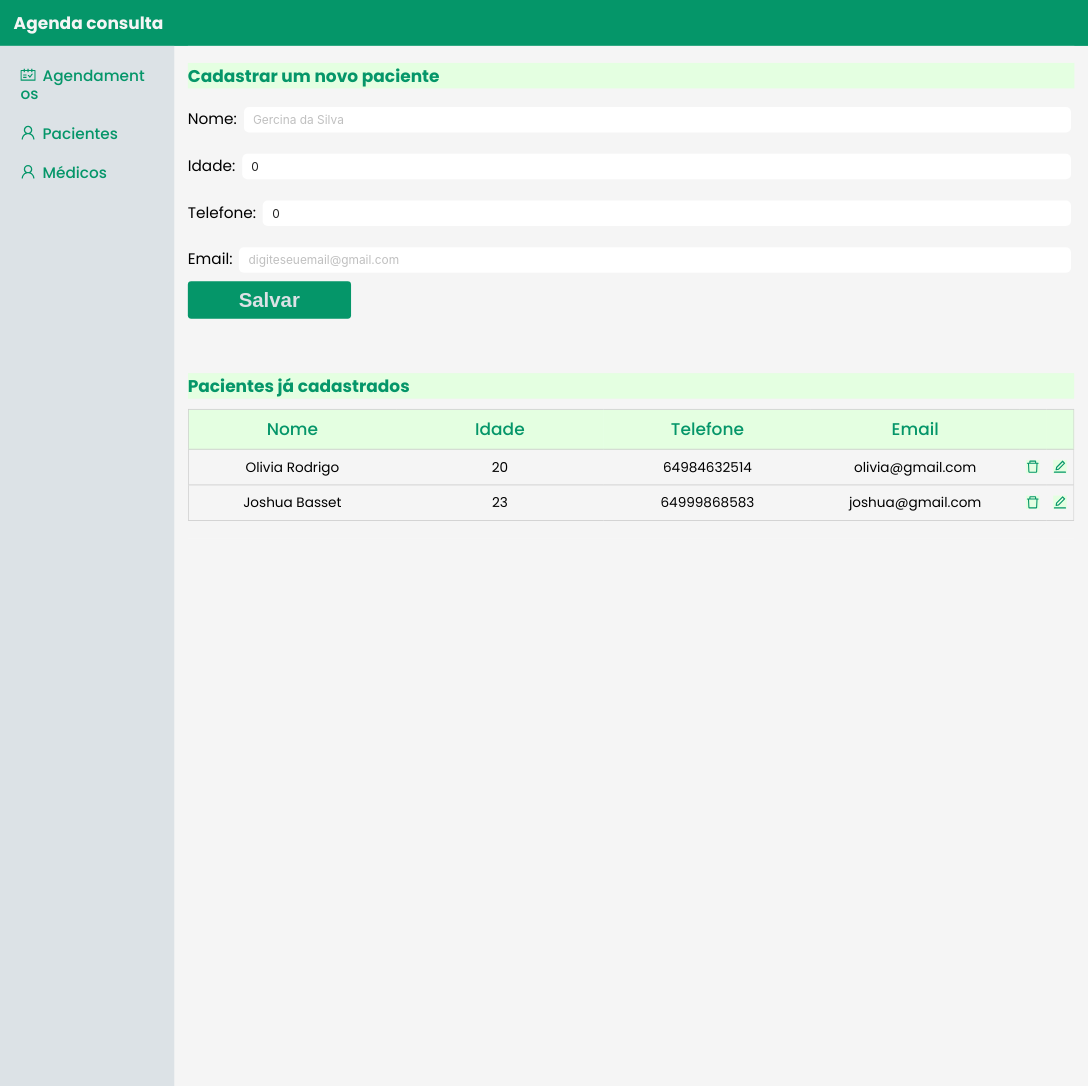
Repository: BarbaraCD/agendaconsulta
Page: /patients
An editor plug-in stored every save of this project. The page is shown before and after the next save, followed by the edit.
The browser window is 1280 px wide. The pictures show the whole page, at 85% of full size.
The project was rebuilt for these pictures with package versions that can differ from the ones it lists, and the page was loaded fresh each time. Requests to the local data server were answered from the project's data file. Also part of the build but not shown: vite.config.ts, src/components/Doctors.tsx, src/services/doctor.services.ts, src/components/InputDoctors.tsx, src/components/CreateDoctor.tsx, src/services/appointment.services.ts, src/styles/Appointments.ts, src/components/Calendar.tsx and 1 more.

Above is the page before, as saved 2023-08-11 17:00:27.

### index.html
<!DOCTYPE html>
<html lang="en">
  <head>
    <meta charset="UTF-8" />
    <link rel="icon" type="image/svg+xml" href="/vite.svg" />
    <meta name="viewport" content="width=device-width, initial-scale=1.0" />

    <link rel="preconnect" href="https://fonts.googleapis.com">
    <link rel="preconnect" href="https://fonts.gstatic.com" crossorigin>
    <link href="https://fonts.googleapis.com/css2?family=Poppins:wght@400;500;700&display=swap" rel="stylesheet">

    <title>Agendamento de Consulta</title>
  </head>
  <body>
    <div id="root"></div>
    <script type="module" src="/src/main.tsx"></script>
  </body>
</html>

### src/main.tsx
/* eslint-disable @typescript-eslint/no-non-null-assertion */
import React from 'react'
import ReactDOM from 'react-dom/client'
import { ThemeProvider } from 'styled-components'
import GlobalStyle, { Container, Content } from './styles/global'
import { theme } from './styles/Theme.ts'
import App from './App.tsx'
import { Routes } from './routes/index.tsx'
import { Header } from './components/Header.tsx'
import { Provider } from 'react-redux'
import store from './store/index.ts'
import { BrowserRouter } from 'react-router-dom'

ReactDOM.createRoot(document.getElementById('root')!).render(
  <React.StrictMode>
    <Provider store={store}>
      <ThemeProvider theme={theme}>
        <GlobalStyle />
        <BrowserRouter>
          <Header />
          <Container>
            <App />
            <Content>
              <Routes />
            </Content>
          </Container>
        </BrowserRouter>
      </ThemeProvider>
    </Provider>
  </React.StrictMode>,
)

### src/styles/global.ts
import styled, { createGlobalStyle } from 'styled-components'

export default createGlobalStyle`
  *{
    margin: 0;
    padding: 0;
    box-sizing: border-box;

  }
  body{
    height: 100%;
    font-family: 'Poppins', sans-serif;
    background: ${(props) => props.theme.colors.white};
    font-size: ${(props) => props.theme.size.xl};
  }
`

export const Container = styled.div`
  display: flex;
`

export const SidebarGlobal = styled.div`
  width: 16%;
`

export const Content = styled.div`
  flex: 1;
  margin: 0 16px;
`

### src/styles/Theme.ts
export const theme = {
  colors: {
    primary: '#059669',
    head: '#059669B3',
    100: '#E4FFE1',

    sbcolor: '#DCE2E6',
    gray: '#41414D',
    black: '#000',
    white: '#f5f5f5',
  },
  size: {
    sm: '14px',
    md: '16px',
    lg: '18px',
    xl: '20px',
    xxl: '24px',
  },
}

### src/App.tsx
import { SidebarGlobal } from './styles/global'
import { Sidebar } from './components/Sidebar'

export default function App() {
  return (
    <SidebarGlobal>
      <Sidebar />
    </SidebarGlobal>
  )
}

### src/routes/index.tsx
import { AppRoutes } from './app.routes'

export function Routes() {
  return (
    <>
      <AppRoutes />
    </>
  )
}

### src/components/Header.tsx
import { Link } from 'react-router-dom'
import { styled } from 'styled-components'

const Container = styled.div`
  background-color: ${(props) => props.theme.colors.primary};
  padding: 12px 16px;
  flex: 1;
  min-width: 80px;
  color: ${(props) => props.theme.colors.white};
  font-weight: 700;
`

const StyleLink = styled(Link)`
  text-decoration: none;
  color: ${(props) => props.theme.colors.white};
  word-break: normal;
`

export function Header() {
  return (
    <Container>
      <StyleLink to="/">Agenda consulta</StyleLink>
    </Container>
  )
}

### src/store/index.ts
import { configureStore, ThunkAction, Action } from '@reduxjs/toolkit'
import appointmentReducer from '../features/appointments/appointmentsSlice'

const store = configureStore({
  reducer: {
    appointment: appointmentReducer,
  },
})

export type RootState = ReturnType<typeof store.getState>
export type AppThunk<ReturnType = void> = ThunkAction<
  ReturnType,
  RootState,
  unknown,
  Action<string>
>

export default store

### src/components/Sidebar.tsx
import { ScheduleOutlined, UserOutlined } from '@ant-design/icons'
import { StyledSidebar, StyledList } from '../styles/SidebarStyled'
import { Link } from 'react-router-dom'

export function Sidebar() {
  return (
    <StyledSidebar>
      <StyledList>
        <li>
          <ScheduleOutlined style={{ color: '#059669' }} />
          <Link to="/appointments/new">Agendamentos</Link>
        </li>
        <li>
          <UserOutlined style={{ color: '#059669' }} />
          <Link to="/patients">Pacientes</Link>
        </li>
        <li>
          <UserOutlined style={{ color: '#059669' }} />
          <Link to="/doctors">Médicos</Link>
        </li>
      </StyledList>
    </StyledSidebar>
  )
}

### src/routes/app.routes.tsx
import { Routes, Route } from 'react-router-dom'

import { CreateDoctor } from '../components/CreateDoctor'
import { CreatePatient } from '../components/CreatePatient'
import { App } from 'antd'
import { AppointmentsCalendar } from '../components/Calendar'
import { CreateAppointments } from '../components/Appointments'

export function AppRoutes() {
  return (
    <Routes>
      <Route path="/" element={<App />} />
      <Route path="/patients" element={<CreatePatient />} />
      <Route path="/doctors" element={<CreateDoctor />} />
      <Route path="/appointments/new" element={<CreateAppointments />} />
      <Route path="/appointments/:id/edit" element={<CreateAppointments />} />
      <Route path="/appointments/calendar" element={<AppointmentsCalendar />} />
    </Routes>
  )
}

### src/features/appointments/appointmentsSlice.ts
import { createSlice, PayloadAction, CaseReducer } from '@reduxjs/toolkit'
import { AppointmentsProps } from '../../components/Appointments'

interface AppointmentState {
  appointments: AppointmentsProps[]
}

const initialState: AppointmentState = {
  appointments: [],
}

const appointmentSlice = createSlice({
  name: 'appointment',
  initialState,
  reducers: {
    addAppointment: (state, action: PayloadAction<AppointmentsProps>) => {
      state.appointments.push(action.payload)
    },
  },
})

export const { addAppointment } = appointmentSlice.actions

export type AppointmentAction = ReturnType<
  CaseReducer<typeof appointmentSlice.reducer>
>

export default appointmentSlice.reducer

### src/styles/SidebarStyled.ts
import styled from 'styled-components'

export const StyledSidebar = styled.div`
  display: flex;
  flex-direction: column;
  background-color: ${(props) => props.theme.colors.sbcolor};
  color: ${(props) => props.theme.colors.black};
  font-size: ${(props) => props.theme.size.lg};
  font-weight: 500;
  justify-content: flex-start;
  align-items: flex-start;
  overflow: auto;
  height: 170vh;

  @media (max-width: 768px) {
    width: 100%;
    height: 650vh;
  }
`

export const StyledList = styled.ul`
  list-style: none;
  padding: 12px;

  li {
    cursor: pointer;
    padding: 12px;
    line-height: 22px;
  }

  a {
    text-decoration: none;
    color: ${(props) => props.theme.colors.primary};
    margin: 8px;
    word-break: break-all;
  }
`

### src/components/CreatePatient.tsx
import { useEffect, useState } from 'react'
import { Patients, PatientsProps } from './Patients'
import {
  createPatient,
  deletePatient,
  getPatient,
  updatePatient,
} from '../services/patient.services'
import { InputPatients } from './InputPatient'
import { SubmitButton } from './SubmitButton'
import { Container, Container2, Container3 } from '../styles/CreateContainer'
import { PatientsTypes } from '../model/patients'

export function CreatePatient() {
  const [patients, setPatients] = useState<PatientsProps[]>([])
  const [newPatient, setNewPatient] = useState<PatientsProps>({
    id: 0,
    name: '',
    age: 0,
    telephone: 0,
    email: '',
  })

  useEffect(() => {
    fetchPatient().catch((error) => {
      console.error('Error fetching Patients:', error)
    })
  }, [])

  async function fetchPatient() {
    try {
      const response: PatientsProps[] = await getPatient()
      setPatients(response)
    } catch (error) {
      console.error('Error fetching Patients:', error)
    }
  }

  async function createNewPatient() {
    if (
      newPatient?.name.trim() !== '' &&
      typeof newPatient?.age === 'number' &&
      newPatient?.age > 0 &&
      typeof newPatient?.telephone === 'number' &&
      newPatient?.telephone > 0 &&
      newPatient?.email.trim() !== ''
    ) {
      try {
        if (newPatient.id === 0) {
          await createPatient(
            newPatient.name,
            newPatient.age,
            newPatient.telephone,
            newPatient.email,
          )
        } else {
          await updatePatient(newPatient.id, {
            name: newPatient.name,
            age: newPatient.age,
            telephone: newPatient.telephone,
            email: newPatient.email,
            id: 0,
          })
        }
        await fetchPatient()
        setNewPatient({
          id: 0,
          name: '',
          age: 0,
          telephone: 0,
          email: '',
        })
        console.log('Paciente cadastrado/atualizado com sucesso!')
      } catch (error) {
        console.log('Erro ao cadastrar/atualizar paciente:', error)
      }
    } else {
      console.error('Por favor, preencha todos os campos corretamente.')
    }
  }

  const removePatient = async (id: number) => {
    await deletePatient(id)
    await fetchPatient()
  }

  const onClickEdit = (patients: PatientsTypes) => {
    setNewPatient(patients)
  }

  return (
    <Container>
      <Container2>
        <h3>Cadastrar um novo paciente</h3>
        <InputPatients
          name={newPatient.name}
          age={newPatient.age}
          telephone={newPatient.telephone}
          email={newPatient.email}
          id={newPatient.id}
          onNameChange={(value) =>
            setNewPatient({ ...newPatient, name: value })
          }
          onAgeChange={(value) => setNewPatient({ ...newPatient, age: value })}
          onTelephoneChange={(value) =>
            setNewPatient({ ...newPatient, telephone: value })
          }
          onEmailChange={(value) =>
            setNewPatient({ ...newPatient, email: value })
          }
        />

        <SubmitButton onClick={createNewPatient} />
      </Container2>

      <Container3>
        <h3>Pacientes já cadastrados</h3>
        <table>
          <thead>
            <tr>
              <th>Nome</th>
              <th>Idade</th>
              <th>Telefone</th>
              <th>Email</th>
              <th> </th>
              <th> </th>
            </tr>
          </thead>
          <tbody>
            {patients.length > 0 &&
              patients.map((patients, index) => (
                <Patients
                  id={patients.id}
                  key={index + 1}
                  name={patients.name}
                  age={patients.age}
                  telephone={patients.telephone}
                  email={patients.email}
                  handleDelete={() => removePatient(patients.id)}
                  handleEdit={() => onClickEdit(patients)}
                />
              ))}
          </tbody>
        </table>
      </Container3>
    </Container>
  )
}

### src/components/SubmitButton.tsx
import { styled } from 'styled-components'

interface SubmitButtonProps {
  onClick: () => void
}

const StyledButton = styled.button`
  padding: 8px;
  width: 15vw;
  /* margin-left: 964px; */
  border-radius: 4px;
  color: ${(props) => props.theme.colors.sbcolor};
  border: none;
  background-color: ${(props) => props.theme.colors.primary};
  cursor: pointer;
  overflow: hidden;

  &:hover {
    color: ${(props) => props.theme.colors[100]};
  }

  p {
    font-size: ${(props) => props.theme.size.xxl};
    font-weight: 700;
    overflow: hidden;
  }
`

export function SubmitButton({ onClick }: SubmitButtonProps) {
  return (
    <StyledButton onClick={onClick}>
      <p>Salvar</p>
    </StyledButton>
  )
}

### src/styles/CreateContainer.ts
import styled from 'styled-components'

export const Container = styled.div`
  background-color: ${(props) => props.theme.colors.white};
  justify-content: start;
  align-items: center;
`

export const Container2 = styled.div`
  padding: 20px 0;

  h3 {
    font-size: ${(props) => props.theme.size.xl};
    color: ${(props) => props.theme.colors.primary};
    background-color: ${(props) => props.theme.colors[100]};
    margin-bottom: 12px;
  }
`
export const Container3 = styled.div`
  margin-top: 24px;
  flex-direction: column;
  padding: 20px 0;
  overflow: scroll;

  h3 {
    font-size: ${(props) => props.theme.size.xl};
    color: ${(props) => props.theme.colors.primary};
    background-color: ${(props) => props.theme.colors[100]};
    margin-bottom: 12px;
    word-break: break-all;
  }

  table {
    width: 100%;
    height: 50%;
    border-collapse: collapse;
    border: 1px solid #ccc;
    word-break: break-all;
    overflow: hidden;

    th,
    thead {
      padding: 8px;
      border-bottom: 1px solid #ccc;
      text-align: center;
      width: 25%;
      color: ${(props) => props.theme.colors.primary};
      background-color: ${(props) => props.theme.colors[100]};
      font-weight: 500;
    }
  }
`

### src/components/Patients.tsx
import {
  StyleList,
  StyledDeleteIcon,
  StyledEditIcon,
} from '../styles/StyleList'

export type PatientsProps = {
  id: number
  name: string
  age: number
  telephone: number
  email: string
  handleDelete?: () => void
  handleEdit?: () => void
}

export function Patients(props: PatientsProps) {
  return (
    <StyleList>
      <td>
        <span>{props.name}</span>
      </td>
      <td>
        <span>{props.age}</span>
      </td>
      <td>
        <span>{props.telephone}</span>
      </td>
      <td>
        <span>{props.email}</span>
      </td>
      <td>
        <span>
          <StyledDeleteIcon onClick={props.handleDelete} />
        </span>
      </td>
      <td>
        <span>
          <StyledEditIcon onClick={props.handleEdit} />
        </span>
      </td>
    </StyleList>
  )
}

### src/services/patient.services.ts
import { PatientsProps } from '../components/Patients'
import { api } from './ApiConfig'

export async function getPatient(): Promise<PatientsProps[]> {
  try {
    const response = await api.get('/patient')
    // eslint-disable-next-line @typescript-eslint/no-unsafe-return
    return response.data
  } catch (error) {
    throw new Error('Erro ao obter dados dos pacientes:')
  }
}

export async function getPatientById(id: number): Promise<PatientsProps> {
  try {
    const response = await api.get(`/patient/${id}`)
    // eslint-disable-next-line @typescript-eslint/no-unsafe-return
    return response.data
  } catch (error) {
    throw new Error('Erro ao obter dados dos pacientes:')
  }
}

export async function createPatient(
  name: string,
  age: number,
  telephone: number,
  email: string,
) {
  return api.post('/patient', {
    name,
    age,
    telephone,
    email,
  })
}

export async function updatePatient(id: number, data: PatientsProps) {
  try {
    const response = await api.put(`/patient/${id}`, data)
    // eslint-disable-next-line @typescript-eslint/no-unsafe-return
    return response.data
  } catch (error) {
    throw new Error('Erro ao obter dados dos pacientes:')
  }
}

export async function deletePatient(id: number) {
  return await api.delete(`/patient/${id}`)
}

### src/components/InputPatient.tsx
import { InputContainer, StyledInput } from '../styles/InputContainer'

interface InputPatientsProps {
  name: string
  age: number
  telephone: number
  email: string
  id: number
  onNameChange: (value: string) => void
  onAgeChange: (value: number) => void
  onTelephoneChange: (value: number) => void
  onEmailChange: (value: string) => void
}

export function InputPatients(props: InputPatientsProps) {
  const handleTelephoneChange = (
    event: React.ChangeEvent<HTMLInputElement>,
  ) => {
    const value = event.target.value
    const numericValue = value.replace(/\D/g, '')
    const limitedValue = numericValue.slice(0, 11)
    props.onTelephoneChange(Number(limitedValue))
  }

  const handleAgeChange = (event: React.ChangeEvent<HTMLInputElement>) => {
    const value = event.target.value
    const numericValue = value.replace(/\D/g, '')
    const limitedValue = numericValue.slice(0, 2)
    props.onAgeChange(Number(limitedValue))
  }

  return (
    <InputContainer>
      <label>
        <p>Nome:</p>
        <StyledInput
          type="text"
          name="nome"
          value={props.name}
          onChange={(event) => props.onNameChange(event.target.value)}
          placeholder="Gercina da Silva"
        />
      </label>
      <br />
      <label>
        <p>Idade:</p>
        <StyledInput
          type="text"
          name="idade"
          value={props.age}
          onChange={handleAgeChange}
          placeholder="idade"
        />
      </label>
      <br />
      <label>
        <p>Telefone:</p>
        <StyledInput
          type="text"
          name="telefone"
          value={props.telephone}
          onChange={handleTelephoneChange}
        />
      </label>
      <br />
      <label>
        <p>Email:</p>
        <StyledInput
          type="text"
          name="email"
          value={props.email}
          onChange={(event) => props.onEmailChange(event.target.value)}
          placeholder="digiteseuemail@gmail.com"
        />
      </label>
    </InputContainer>
  )
}

### src/styles/StyleList.ts
import { DeleteOutlined, EditOutlined } from '@ant-design/icons'
import { styled } from 'styled-components'

export const StyleList = styled.tr`
  border: 1px solid #ccc;
  border-radius: 4px;
  font-size: ${(props) => props.theme.size.md};
  overflow: scroll;

  td {
    padding: 8px;
    border-bottom: 1px solid #ccc;
    text-align: center;
    width: 25%;

    span {
      font-size: ${(props) => props.theme.size.md};
      font-weight: 400;
    }
  }
`

export const StyledDeleteIcon = styled(DeleteOutlined)`
  color: ${(props) => props.theme.colors.primary};
  background-color: ${(props) => props.theme.colors[100]};
`

export const StyledEditIcon = styled(EditOutlined)`
  color: ${(props) => props.theme.colors.primary};
  background-color: ${(props) => props.theme.colors[100]};
`

### src/styles/InputContainer.ts
import { Input } from 'antd'
import styled from 'styled-components'

export const InputContainer = styled.div`
  color: ${(props) => props.theme.colors.black};
  font-size: ${(props) => props.theme.size.md};
  padding: 10px 0;
  flex: 1;

  h3 {
    background-color: ${(props) => props.theme.colors[100]};
    color: ${(props) => props.theme.colors.primary};
    margin-bottom: 10px;
  }

  label {
    display: flex;
    margin-right: 4px;
  }

  p {
    font-size: ${(props) => props.theme.size.lg};
    font-weight: 400;
  }
`

export const StyledInput = styled(Input)`
  margin-left: 8px;
  border: none;
  overflow: hidden;
`

### db/db.json
{
  "patient": [
    {
      "name": "Olivia Rodrigo",
      "age": 20,
      "telephone": 64984632514,
      "email": "olivia@gmail.com",
      "id": 6
    },
    {
      "name": "Joshua Basset",
      "age": 23,
      "telephone": 64999868583,
      "email": "joshua@gmail.com",
      "id": 7
    }
  ],
  "doctor": [
    {
      "name": "Doctor House",
      "crm": 57451,
      "specialization": "Infectologista",
      "id": 2
    }
  ],
  "appointment": []
}

Loaded but not shown: src/services/ApiConfig.ts (common file)

After the next save:
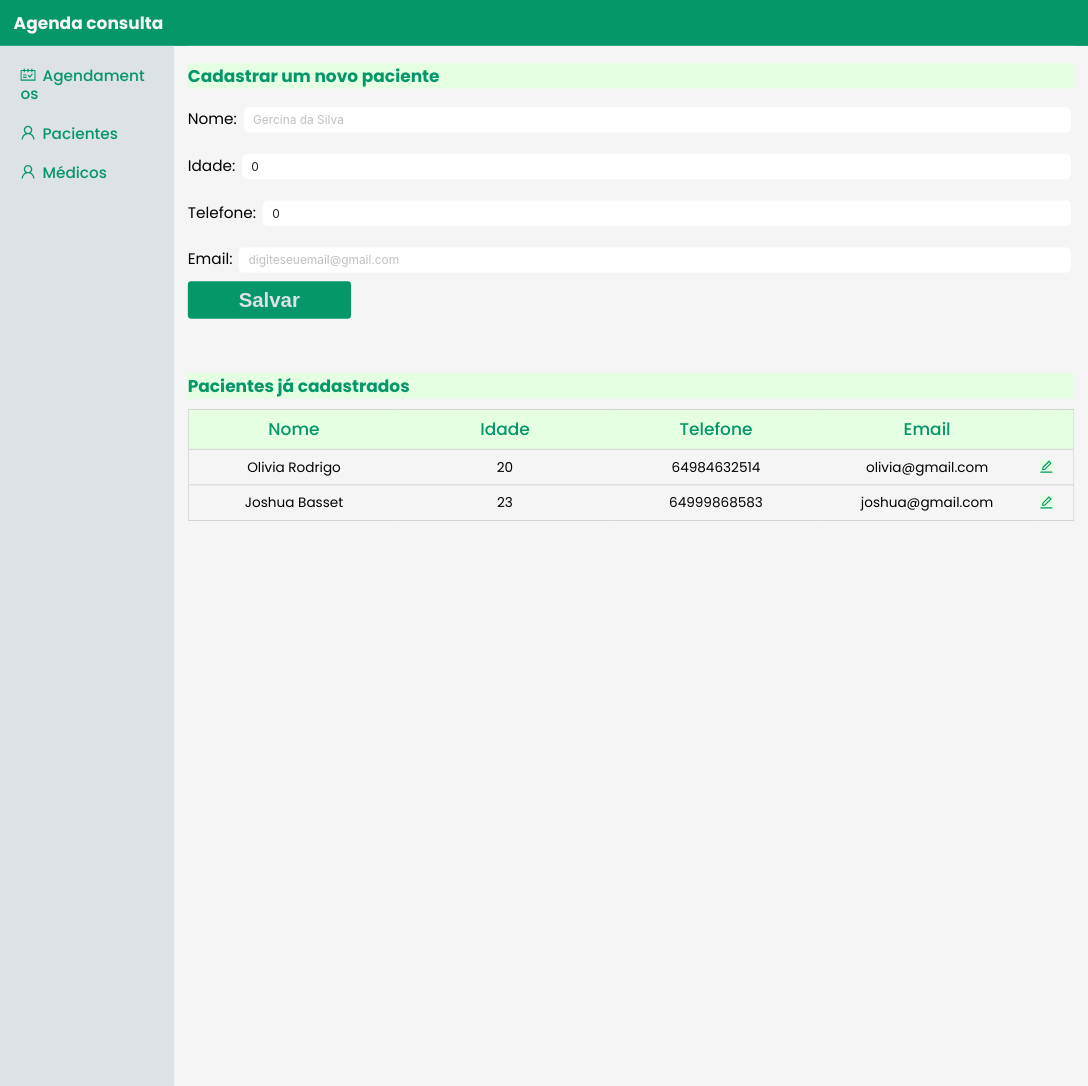
Saved 7 min 51 s later.
--- a/src/components/Patients.tsx
+++ b/src/components/Patients.tsx
@@ -29,11 +29,7 @@ export function Patients(props: PatientsProps) {
       <td>
         <span>{props.email}</span>
       </td>
-      <td>
-        <span>
-          <StyledDeleteIcon onClick={props.handleDelete} />
-        </span>
-      </td>
+
       <td>
         <span>
           <StyledEditIcon onClick={props.handleEdit} />
